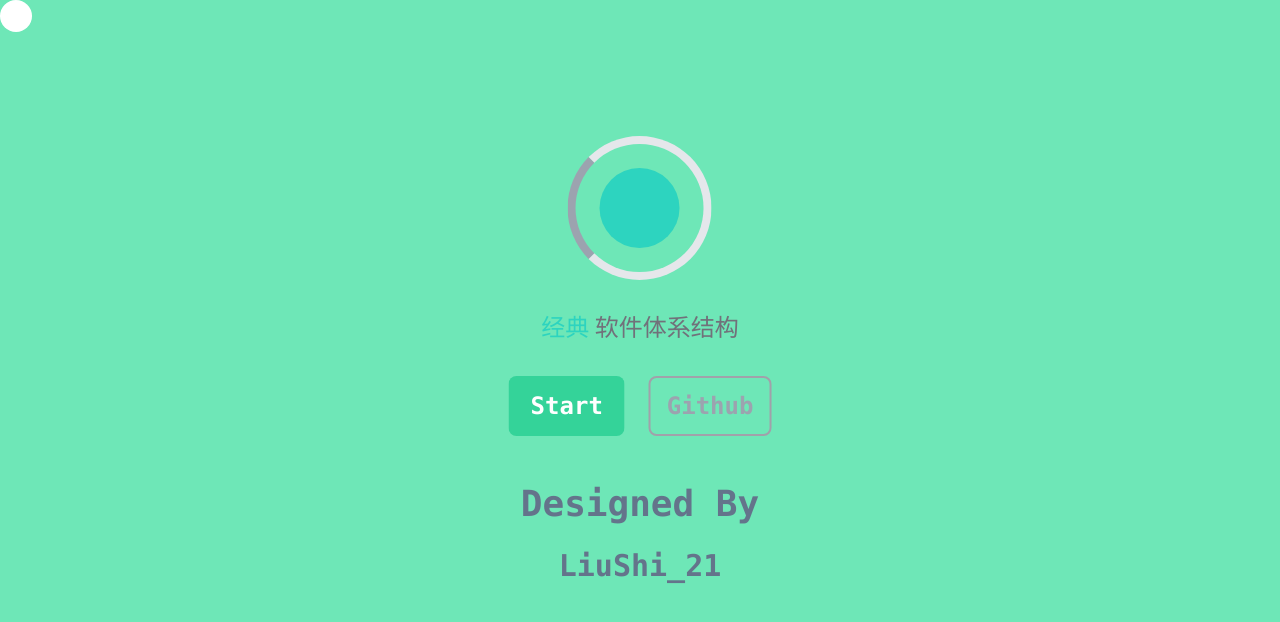
Repository: MarchRory/software_architecture_lab2
Page: / (app in lab2/)
These files come from the project's save history. The page is drawn as it stood at one moment and after the next save; the edit follows.
The browser window is 1280 px wide. The pictures show the whole page.
The project was rebuilt for these pictures with package versions that can differ from the ones it lists, and the page was loaded fresh each time. Also part of the build but not shown: lab2/vite.config.ts. Imported but missing from the stored project, and not drawn on this page: lab2/src/views/OOP/index.vue, lab2/src/views/PipFilter/index.vue, lab2/src/views/eventsSys/index.vue, lab2/src/views/mainChild/index.vue.

Above is the page before, as saved 2023-11-17 22:19:41.

### lab2/index.html
<!Doctype html>
<html lang="en">
  <head>
    <meta charset="UTF-8" />
    <link rel="icon" type="image/svg+xml" href="/vite.svg" />
    <meta name="viewport" content="width=device-width, initial-scale=1.0" />
    <title>经典软件体系结构</title>
  </head>
  <body>
    <div id="app"></div>
    <script type="module" src="/src/main.ts"></script>
  </body>
</html>

### lab2/src/main.ts
import { createApp } from 'vue'
import './style.css'
import './style/index.css'
import hljs from 'highlight.js/lib/core'
import 'highlight.js/styles/androidstudio.css'
import java from 'highlight.js/lib/languages/java'
import router from '@/router/index'
import pinia from '@/store/index'
import App from './App.vue'
import "tailwindcss/tailwind.css"
const vueApp = createApp(App)
hljs.registerLanguage('java', java)
// 高亮指令
vueApp.directive('highlight', (el) => {
    const blocks = el.querySelectorAll('pre code')
    blocks.forEach((block: any) => {
        hljs.highlightElement(block)
    })
})
vueApp.use(router).use(pinia).mount('#app')

### lab2/src/style.css
:root {
  font-family: Inter, system-ui, Avenir, Helvetica, Arial, sans-serif;
  line-height: 1.5;
  font-weight: 400;

  color-scheme: light dark;
  color: rgba(255, 255, 255, 0.87);
  background-color: #242424;

  font-synthesis: none;
  text-rendering: optimizeLegibility;
  -webkit-font-smoothing: antialiased;
  -moz-osx-font-smoothing: grayscale;
  -webkit-text-size-adjust: 100%;
}

a {
  font-weight: 500;
  color: #646cff;
  text-decoration: inherit;
}
a:hover {
  color: #535bf2;
}

body {
  margin: 0;
  display: flex;
  place-items: center;
  min-width: 320px;
  min-height: 100vh;
}

@media (prefers-color-scheme: light) {
  :root {
    color: #213547;
    background-color: #ffffff;
  }
  a:hover {
    color: #747bff;
  }
  button {
    background-color: #f9f9f9;
  }
}

### lab2/src/router/index.ts
import { createRouter, createWebHashHistory, RouteRecordRaw } from "vue-router";
export const routes: Array<RouteRecordRaw> = [
    {
        path: '/',
        name: 'hello',
        meta: {
            tabName: '主页'
        },
        component: () => import('@/layout/index.vue'),
        redirect: '/home',
        children: [
            {
                path: '/home',
                name: 'home',
                component: () => import('@/views/hello/index.vue'),
                meta: {
                    title: '首页'
                }
            }, {
                path: '/mainChild',
                name: 'mainChild',
                component: () => import('@/views/mainChild/index.vue'),
                meta: {
                    title: '主用户-子程序'
                }
            }, {
                path: '/OOP',
                name: "OOP",
                component: () => import('@/views/OOP/index.vue'),
                meta: {
                    title: '面向对象'
                }
            }, {
                path: '/eventSys',
                name: "eventSys",
                component: () => import("@/views/eventsSys/index.vue"),
                meta: {
                    title: '事件系统'
                }
            }, {
                path: '/pipFilter',
                name: "pipFilter",
                component: () => import('@/views/PipFilter/index.vue'),
                meta: {
                    title: "管道- 过滤器"
                }
            }
        ]
    },
]

const router = createRouter({
    history: createWebHashHistory(),
    routes
})

export default router

### lab2/src/store/index.ts
import { createPinia } from 'pinia';

const stores = createPinia();

export default stores;

### lab2/src/App.vue
<script setup lang="ts">
	import { defineAsyncComponent, ref } from 'vue';
	import { useRouter } from 'vue-router';
	const router = useRouter();
	const FELoad = ref(true);
	const FELoading = defineAsyncComponent(() => import('@/components/FELoading/index.vue'));
</script>

<template>
	<div id="app">
		<FELoading v-if="FELoad" />
		<router-view style="z-index: 999"></router-view>
	</div>
</template>

<style>
	#app {
		width: 100vw;
		height: 100vh;
	}
	::-webkit-scrollbar {
		width: 8px;
	}
	::-webkit-scrollbar-thumb {
		background-color: rgb(69, 199, 202);
		border-radius: 15px;
	}
	::-moz-scrollbar {
		width: 8px;
	}
	::-moz-scrollbar-thumb {
		background-color: rgb(69, 199, 202);
	}
</style>

### lab2/src/layout/index.vue
<script setup lang="ts">
	import { defineAsyncComponent } from 'vue';
	const Navbar = defineAsyncComponent(() => import('./navbar.vue'));
	const APPMain = defineAsyncComponent(() => import('./Main.vue'));
</script>

<template>
	<div class="flex flex-col items-center w-full h-full">
		<Navbar />
		<APPMain class="flex-1" />
	</div>
</template>

### lab2/src/views/hello/index.vue
<script setup lang="ts">
	import { useRouter } from 'vue-router';
	const router = useRouter();
	function enterPage() {
		router.push({
			path: '/mainChild',
		});
	}
</script>

<template>
	<div
		style="position: absolute; left: 50%; top: 50%; transform: translate(-50%, -50%)"
		class="flex flex-col items-center justify-around h-fit"
	>
		<div
			class="flex items-center justify-center mb-8 border-8 rounded-full w-36 h-36 border-l-gray-400"
		>
			<div class="w-20 h-20 bg-teal-400 rounded-full"></div>
		</div>
		<div class="mb-8 space-x-2 text-2xl font-bold text-zinc-500">
			<span class="text-teal-400">经典</span>
			软件体系结构
		</div>
		<div class="flex items-center justify-between" style="width: 110%">
			<div
				@click="enterPage"
				class="flex items-center justify-center px-5 py-3 font-mono text-2xl font-bold text-white border-2 border-transparent rounded-lg hover:cursor-pointer bg-emerald-400"
			>
				Start
			</div>
			<a
				href="https://github.com/MarchRory"
				target="_blank"
				class="flex items-center justify-center px-4 py-3 font-mono text-2xl font-bold text-gray-400 border-2 rounded-lg hover:cursor-pointer border-zinc-400 hover:text-gray-400"
			>
				Github
			</a>
		</div>

		<div class="flex flex-col justify-center mt-12 font-mono font-bold w-fit text-slate-500">
			<div class="text-4xl">Designed By</div>
			<br />
			<div style="margin: 0 auto" class="text-3xl">LiuShi_21</div>
		</div>
	</div>
</template>

<style scoped></style>

### lab2/src/components/FELoading/index.vue
<script setup lang="ts"></script>

<template>
	<div class="FE">
		<div class="ball"></div>
	</div>
</template>

<style scoped>
	.FE {
		@apply fixed w-full h-full bg-emerald-300;
	}
	.ball {
		@apply absolute w-8 h-8 rounded-full bg-white;
	}
</style>

### lab2/src/layout/navbar.vue
<script setup lang="ts">
	import { useRouter, useRoute, RouteRecordRaw } from 'vue-router';
	import { routes } from '@/router';
	import { ref } from 'vue';
	const router = useRouter();
	const route = useRoute();
	const Navlist = ref();
	function initNav() {
		Navlist.value = routes[0].children?.map((route: RouteRecordRaw) => {
			return {
				path: route.path,
				title: route?.meta.title,
			};
		});
	}
	initNav();
	function switchTab(path: string) {
		router.push({
			path: path,
		});
	}
</script>

<template>
	<div class="flex items-center justify-around w-full h-16 shadow-lg">
		<ul class="flex items-center justify-start list-none">
			<li class="flex items-center justify-center w-8 h-8 border-4 rounded-full border-l-gray-400">
				<div class="w-4 h-4 bg-teal-400 rounded-full"></div>
			</li>
			<li class="font-mono text-2xl navFont">Software Architecture</li>
		</ul>
		<ul class="flex min-w-fit">
			<li
				@click="switchTab(navItem.path)"
				class="mr-8 font-sans text-lg transition-all navFont hover:cursor-pointer"
				:class="[route.path == navItem.path ? 'active' : '']"
				v-for="(navItem, index) in Navlist"
				:key="index"
			>
				{{ navItem.title }}
			</li>
		</ul>
	</div>
</template>

<style scoped>
	.navFont {
		@apply ml-2 font-bold;
	}
	.active {
		color: rgb(80, 178, 178);
	}
	/* 	.active::before {
		display: block;
		content: '';
		position: absolute;
		width: 12px;
		height: 12px;
		border-radius: 50%;
		background-color: rgb(80, 178, 178);
		transform: translate(100%, 50%);
	} */
</style>

### lab2/src/layout/Main.vue
<script setup lang="ts">
	import { nextTick, ref, watch } from 'vue';
	import { useScrollStore } from '@/store/modules/scroll/index';
	import { useScroll } from '@/hooks/useScroll';
	import router from '@/router';
	const scrollStore = useScrollStore();
	scrollStore.init();
	const main = ref<HTMLDivElement>();
	const { pageScroll } = useScroll();
	router.beforeEach((to, from, next) => {
		pageScroll.value = 0;
		if (main.value) {
			scrollStore.update(from.fullPath, main.value.scrollTop);
			next();
		}
	});
	router.afterEach((to, from) => {
		nextTick(() => {
			if (main.value) {
				main.value.scrollTop = scrollStore.useScroll(to.fullPath) as number;
			}
		});
	});
	watch(
		() => pageScroll.value,
		(newV) => {
			let scrollTopTo = newV;
			if (main.value)
				main.value.scrollTo({ top: scrollTopTo > 0 ? scrollTopTo : 0, behavior: 'smooth' });
		},
	);
</script>

<template>
	<div class="w-full h-auto px-56 pt-4 overflow-auto" ref="main">
		<router-view v-slot="{ Component }">
			<keep-alive>
				<component :is="Component" />
			</keep-alive>
		</router-view>
	</div>
</template>

### lab2/src/store/modules/scroll/index.ts
import { defineStore } from "pinia";
import { routes } from "@/router";
import { RouteRecordRaw } from "vue-router";
interface ScrollType {
    scrollMap: Map<string, number>
}
export const useScrollStore = defineStore('useScrollStore', {
    state: (): ScrollType => {
        return {
            scrollMap: new Map()
        }
    },
    actions: {
        init(): void {
            const paths = routes[0].children?.map((route: RouteRecordRaw) => {
                return {
                    path: route.path,
                };
            });
            paths?.forEach((item, index) => {
                this.scrollMap.set(item.path, 0)
            })
        },
        update(routePath: string, scrollTop: number): void {
            this.scrollMap.set(routePath, scrollTop)
        },
        useScroll(routePath: string): number | undefined {
            return this.scrollMap.get(routePath)
        }
    }
})

### lab2/src/hooks/useScroll.ts

import { ComponentInternalInstance, getCurrentInstance, ref } from 'vue'
const pageScroll = ref(0)
export const useScroll = () => {
    return {
        pageScroll
    }
}

Loaded but not shown: lab2/src/style/index.css (common file); lab2/tailwind.config.js (common file)

After the next save:
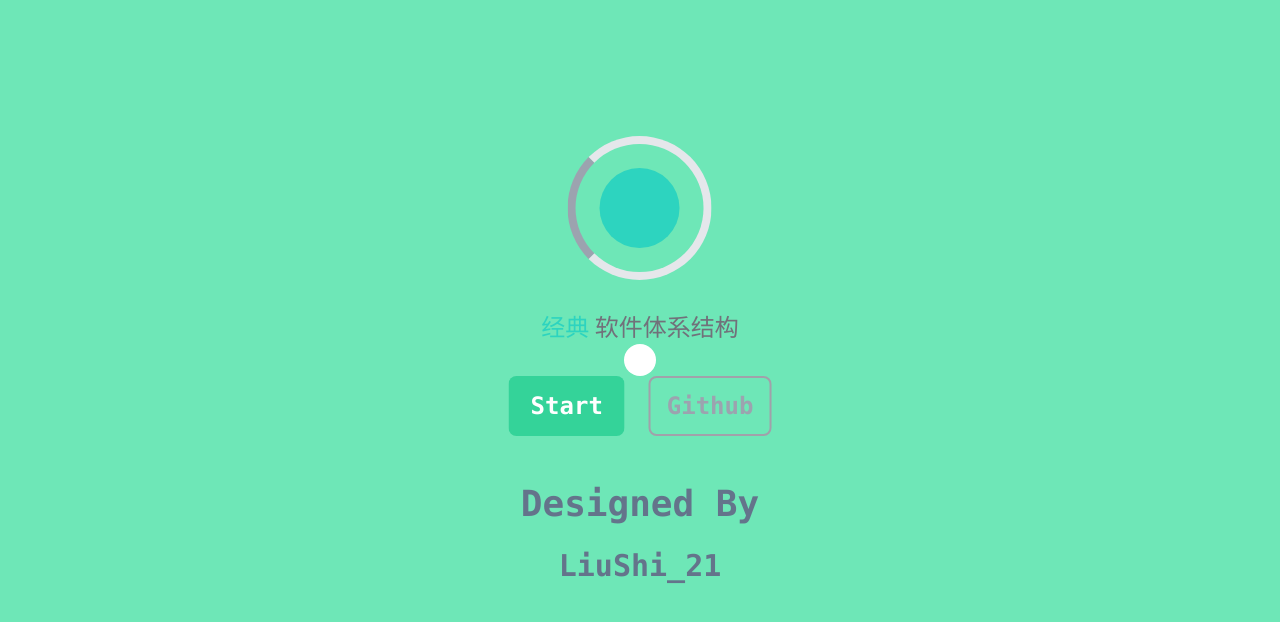
Saved 18 s later.
--- a/lab2/src/components/FELoading/index.vue
+++ b/lab2/src/components/FELoading/index.vue
@@ -8,7 +8,7 @@
 
 <style scoped>
 	.FE {
-		@apply fixed w-full h-full bg-emerald-300;
+		@apply fixed w-full h-full bg-emerald-300 flex items-center justify-center;
 	}
 	.ball {
 		@apply absolute w-8 h-8 rounded-full bg-white;
